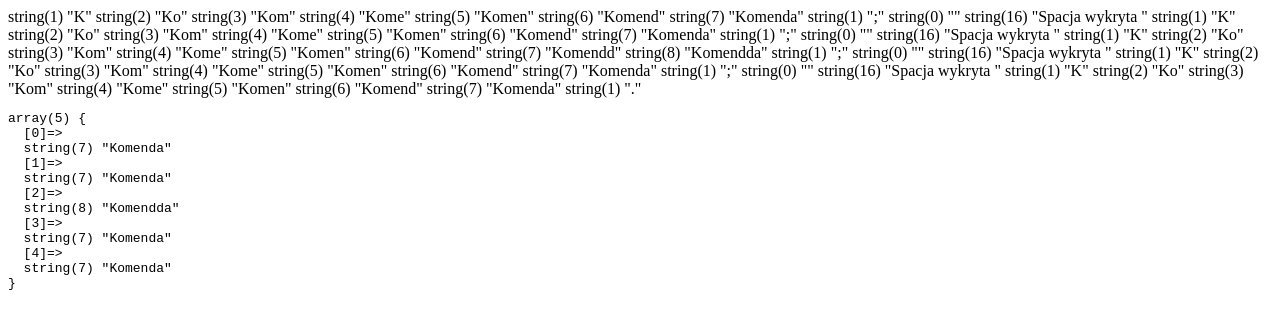
Repository: mahoone/revising_php
Page: http://localhost/Config.php
An editor plug-in stored every save of this project. The page is shown before and after the next save, followed by the edit.
The browser window is 1280 px wide. The pictures show the whole page.
The page is run by PHP 8.4 with error messages shown; the project is at /var/www/html/.

Above is the page before, as saved 2020-06-01 22:10:07.

After the next save:
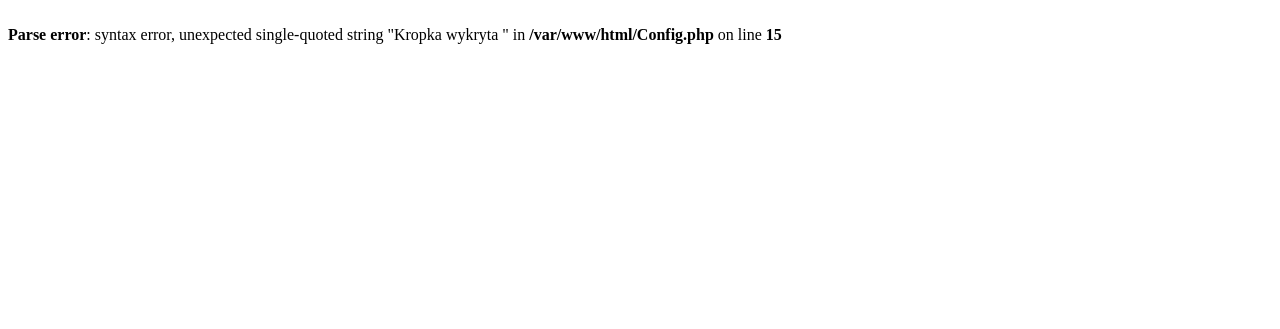
Saved 35 s later.
--- a/Config.php
+++ b/Config.php
@@ -12,7 +12,7 @@
             var_dump('Spacja wykryta '.$tekst[$i]);
             continue 2;
         case '.':
-            var_dump($tekst[$i]);
+            var_dump'Kropka wykryta '.($tekst[$i]);
             break 2;
         case ';':
             $t++;

After the save that followed:
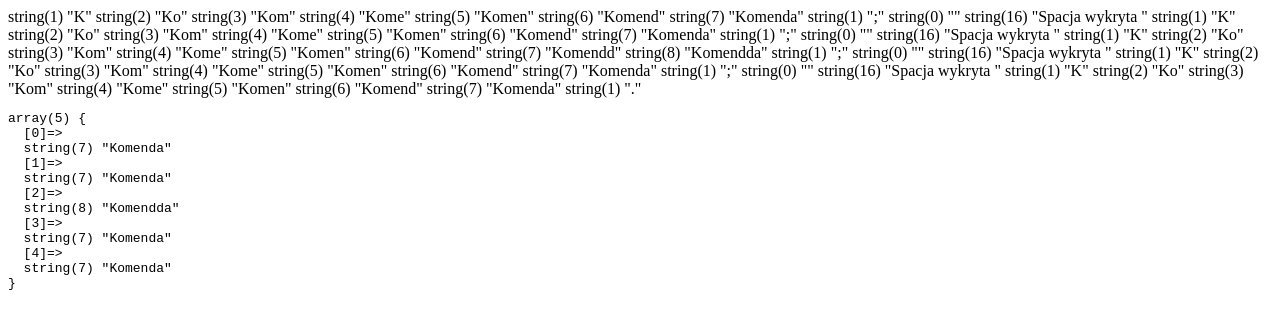
Saved 17 s later.
--- a/Config.php
+++ b/Config.php
@@ -12,7 +12,7 @@
             var_dump('Spacja wykryta '.$tekst[$i]);
             continue 2;
         case '.':
-            var_dump'Kropka wykryta '.($tekst[$i]);
+            var_dump(''.$tekst[$i]);
             break 2;
         case ';':
             $t++;
